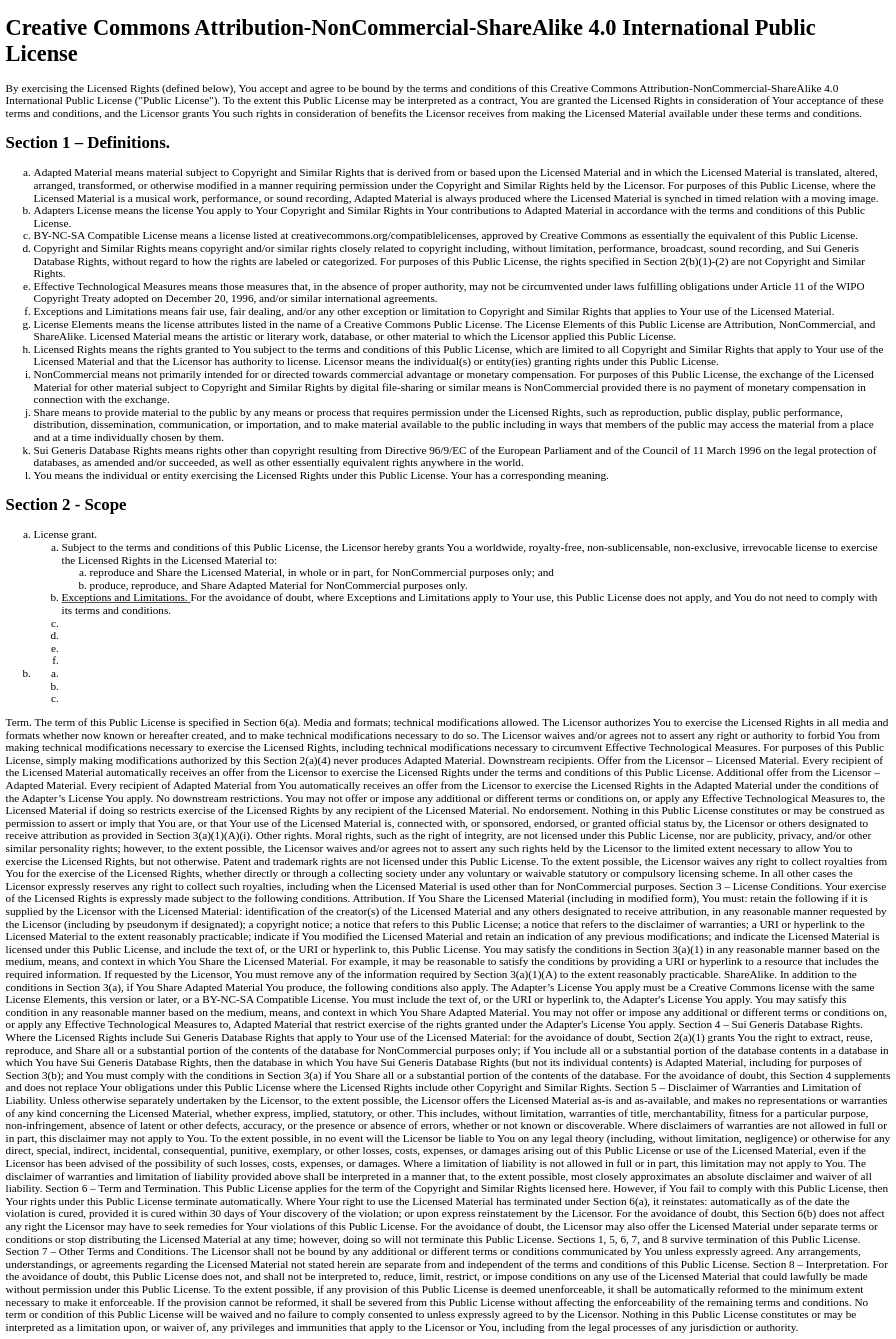
Repository: Team-Ikigami/Ascendance
Page: LICENSE-CC BY-NC-SA.html
These files come from the project's save history. The page is drawn as it stood at one moment and after the next save; the edit follows.
The browser window is 1280 px wide. The pictures show the whole page, at 70% of full size.

Above is the page before, as saved 2021-12-12 01:09:02.

After the next save:
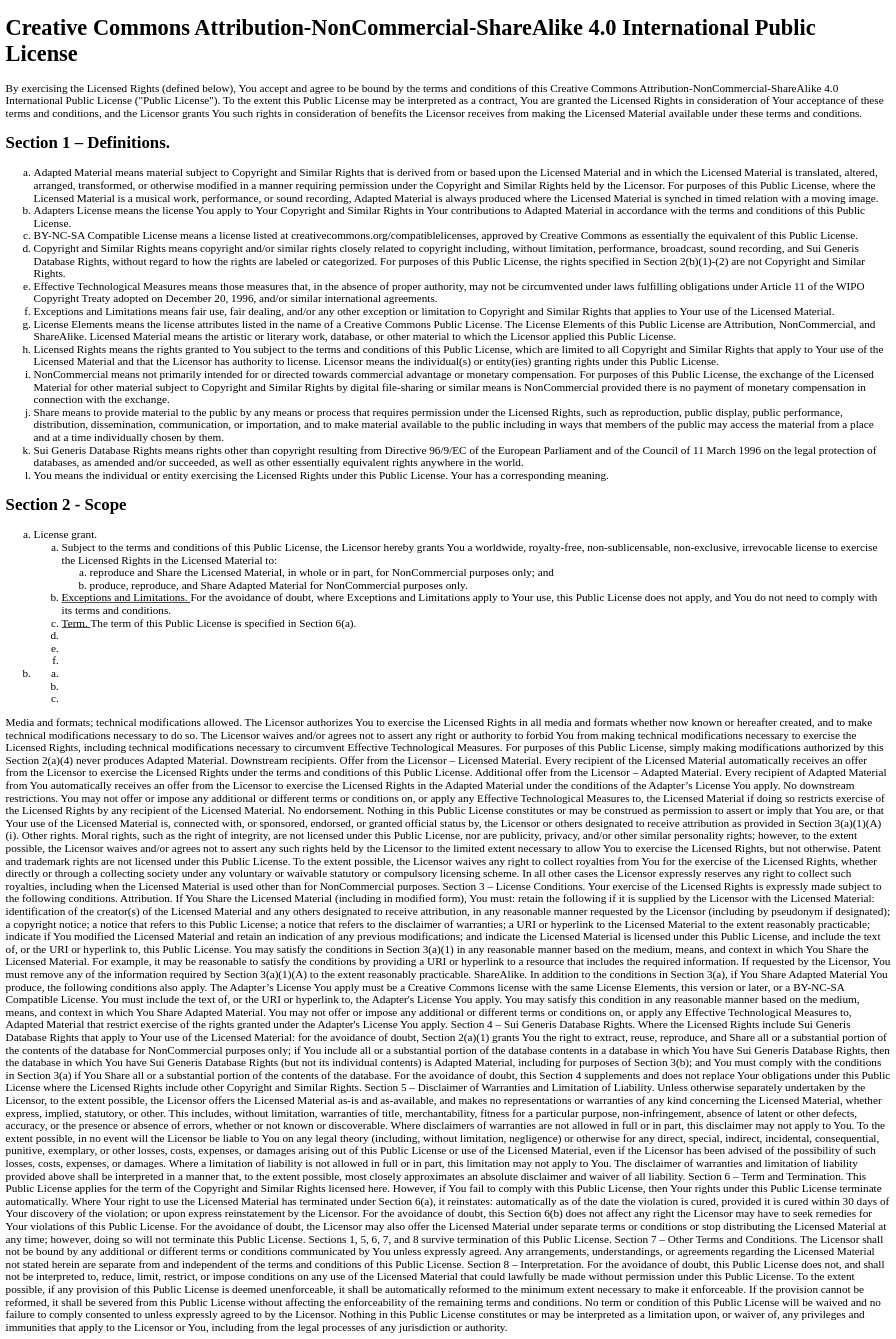
Saved 80 s later.
--- a/LICENSE-CC BY-NC-SA.html
+++ b/LICENSE-CC BY-NC-SA.html
@@ -73,7 +73,12 @@
 					</u>
 					For the avoidance of doubt, where Exceptions and Limitations apply to Your use, this Public License does not apply, and You do not need to comply with its terms and conditions.
 				</li>
-				<li></li>
+				<li>
+					<u>
+						Term.
+					</u>
+					The term of this Public License is specified in Section 6(a).
+				</li>
 				<li></li>
 				<li></li>
 				<li></li>
@@ -90,8 +95,6 @@
 </body>
 </html>
 
-
-Term. The term of this Public License is specified in Section 6(a).
 Media and formats; technical modifications allowed. The Licensor authorizes You to exercise the Licensed Rights in all media and formats whether now known or hereafter created, and to make technical modifications necessary to do so. The Licensor waives and/or agrees not to assert any right or authority to forbid You from making technical modifications necessary to exercise the Licensed Rights, including technical modifications necessary to circumvent Effective Technological Measures. For purposes of this Public License, simply making modifications authorized by this Section 2(a)(4) never produces Adapted Material.
 Downstream recipients.
 Offer from the Licensor – Licensed Material. Every recipient of the Licensed Material automatically receives an offer from the Licensor to exercise the Licensed Rights under the terms and conditions of this Public License.
